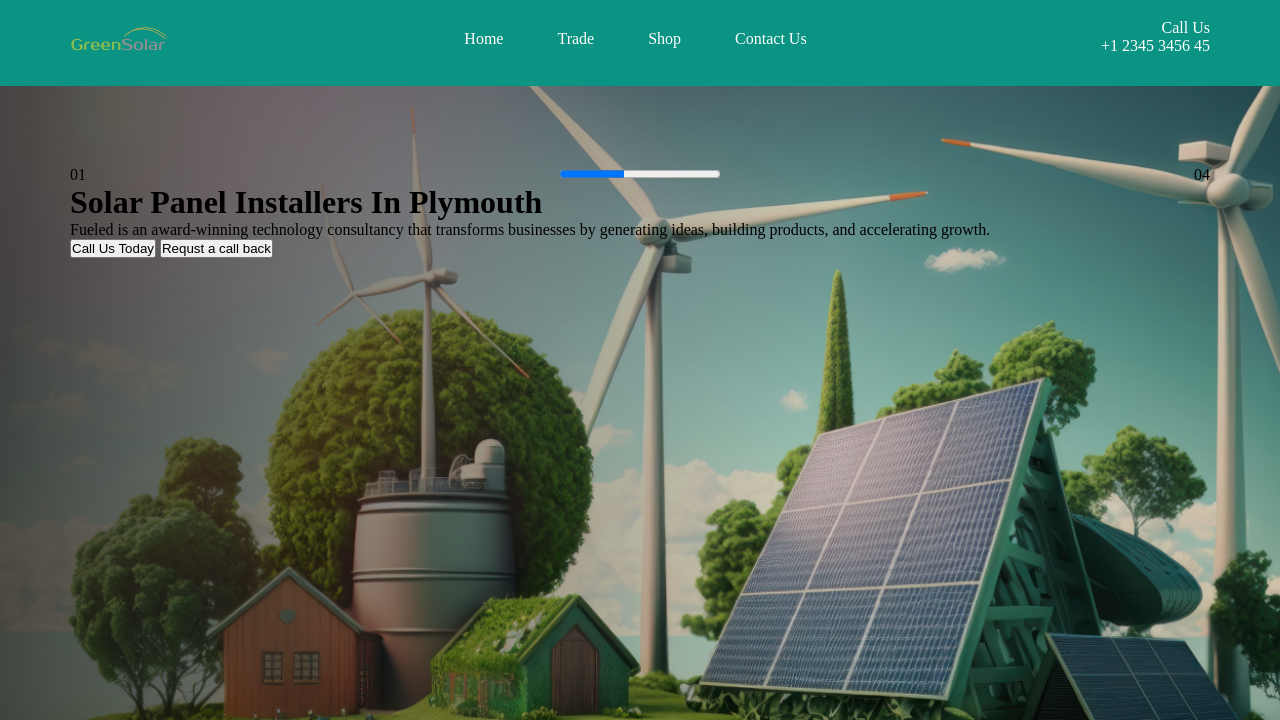
Repository: zeinawady/Solar-Company-Template
Page: index.html
An editor plug-in stored every save of this project. The page is shown before and after a run of saves, followed by the edit.
The browser window is 1280 px wide. The pictures show the whole page.

Above is the page before, as saved 2024-09-17 17:01:38.

After the next 2 saves:
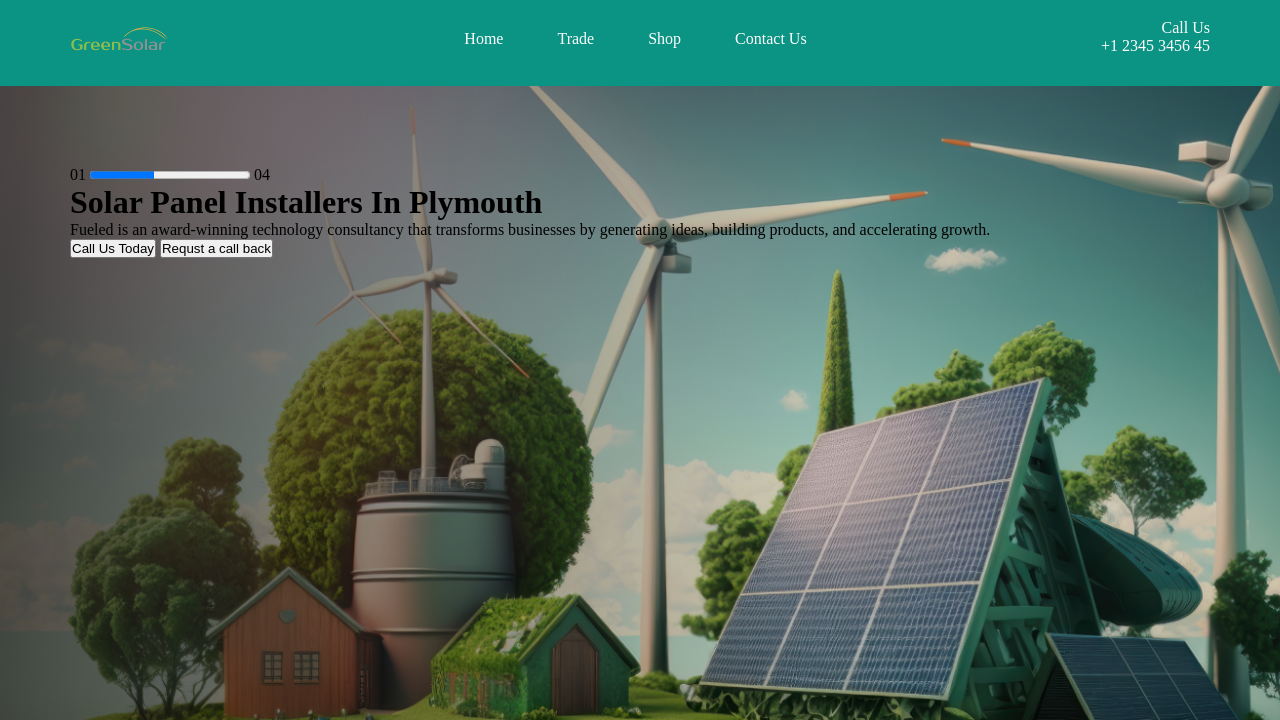
The 2 saves are shown as one change because they came seconds apart.
The last was saved 9 s later.
--- a/css/style.css
+++ b/css/style.css
@@ -118,7 +118,6 @@ align-items: flex-end;
     padding-top: 80px;
 }
 .progress-container{
-    display: flex;
-    justify-content: space-between;
+
 }
 /* end landing */
